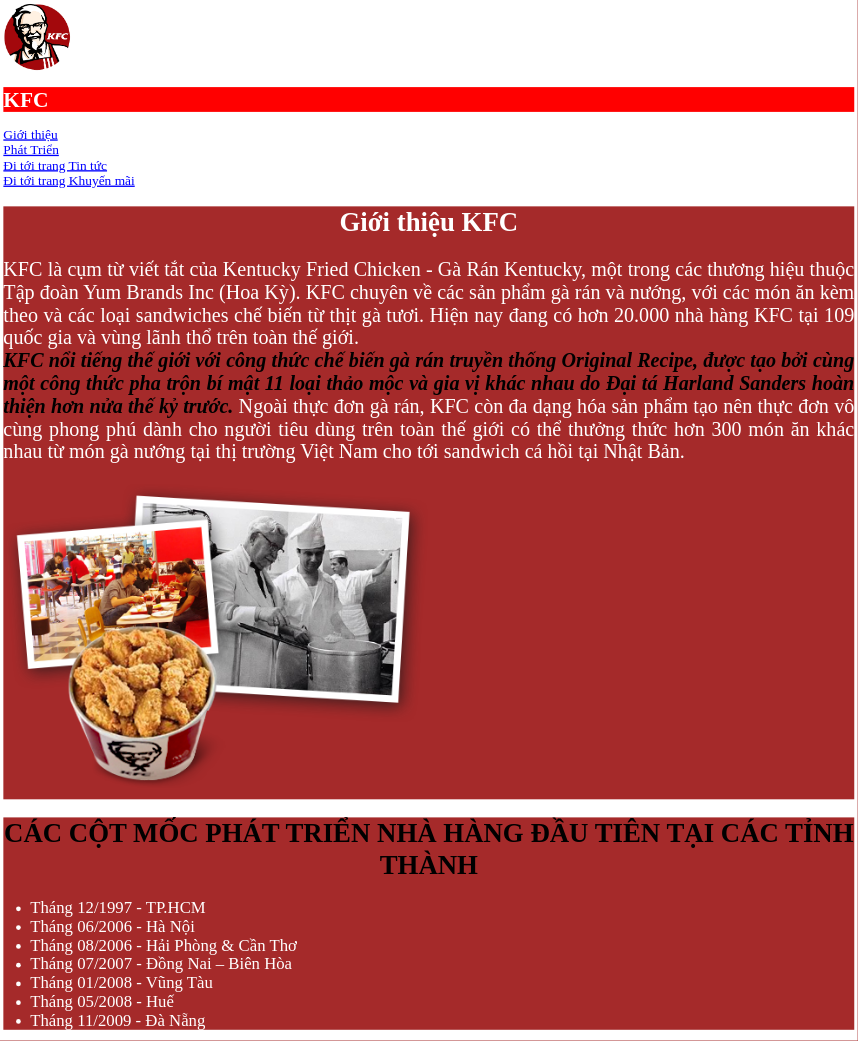
Repository: giahuy405/BC38__-BaiTapHTML_KFC__Pham_Gia_Huy
Page: index.html
These files come from the project's save history. The page is drawn as it stood at one moment and after the next save; the edit follows.
The browser window is 1280 px wide. The pictures show the whole page, at 67% of full size.

Above is the page before, as saved 2022-09-06 19:34:17.

### index.html
<!DOCTYPE html>
<html lang="en">
<head>
    <meta charset="UTF-8">
    <meta http-equiv="X-UA-Compatible" content="IE=edge">
    <meta name="viewport" content="width=device-width, initial-scale=1.0">
    <title>Document</title>
    <link rel="stylesheet" href="./css/index.css">
</head>
<body>
    <header>
        <img src="./img/logo.png" alt="">
        <h1>KFC</h1>
    </header>
    <nav>
        <ul>
            <li><a href="#">Giới thiệu</a></li>
            <li><a href="#">Phát Triển</a></li>
            <li><a href="#">Đi tới trang Tin tức</a></li>
            <li><a href="#">Đi tới trang Khuyến mãi</a></li>
        </ul>
    </nav>
    <div class="introduce-KFC">
        <h1>Giới thiệu KFC</h1>

        <p>KFC là cụm từ viết tắt của Kentucky Fried Chicken - Gà Rán Kentucky, một trong các thương hiệu thuộc Tập đoàn Yum Brands Inc (Hoa Kỳ). KFC chuyên về các sản phẩm gà rán và nướng, với các món ăn kèm theo và các loại sandwiches chế biến từ thịt gà tươi. Hiện nay đang có hơn 20.000 nhà hàng KFC tại 109 quốc gia và vùng lãnh thổ trên toàn thế giới.
        <br>
            <span><i style="color:black;"><b>KFC nổi tiếng thế giới với công thức chế biến gà rán truyền thống Original Recipe, được tạo bởi cùng một công thức pha trộn bí mật 11 loại thảo mộc và gia vị khác nhau do Đại tá Harland Sanders hoàn thiện hơn nửa thế kỷ trước.</b></i></span> Ngoài thực đơn gà rán, KFC còn đa dạng hóa sản phẩm tạo nên thực đơn vô cùng phong phú dành cho người tiêu dùng trên toàn thế giới có thể thưởng thức hơn 300 món ăn khác nhau từ món gà nướng tại thị trường Việt Nam cho tới sandwich cá hồi tại Nhật Bản.
        </p>
        <img style="width:50%" src="./img/about-pic-1.png" alt="">
    </div>

    <div class="branch-KFC">
        <h1>CÁC CỘT MỐC PHÁT TRIỂN NHÀ HÀNG ĐẦU TIÊN TẠI CÁC TỈNH THÀNH</h1>

        <ul>
            <li>Tháng 12/1997 - TP.HCM</li>
            <li>Tháng 06/2006 - Hà Nội</li>
            <li>Tháng 08/2006 - Hải Phòng & Cần Thơ</li>
            <li>Tháng 07/2007 - Đồng Nai – Biên Hòa</li>
            <li>Tháng 01/2008 - Vũng Tàu</li>
            <li>Tháng 05/2008 - Huế</li>
            <li>Tháng 11/2009 - Đà Nẵng</li>
        </ul>

    </div>
</body>
</html>

### css/index.css
*{
    box-sizing: border-box;
}
body{
    padding: 0;
    margin: 5px;
}
header img{
    width: 100px;
}
header h1{
    background-color: red;
    color: white;
}
nav ul{
    list-style: none;
    padding: 0;
}
nav ul li a{
    font-size: 20px;
    color: blue;
}
.introduce-KFC{
    background-color: #a52a2a;
}
.introduce-KFC h1{
    text-align:center ;
    font-size: 40px;
    color: white;
}
.introduce-KFC p{
    font-size: 30px;
    color: white;
    text-align: justify;
}
.branch-KFC{
    background-color: #a52a2a;
}
.branch-KFC h1{
    font-size: 40px;
    text-align: center;
}
.branch-KFC ul li{
    font-size: 25px;
    color: white;
}

After the next save:
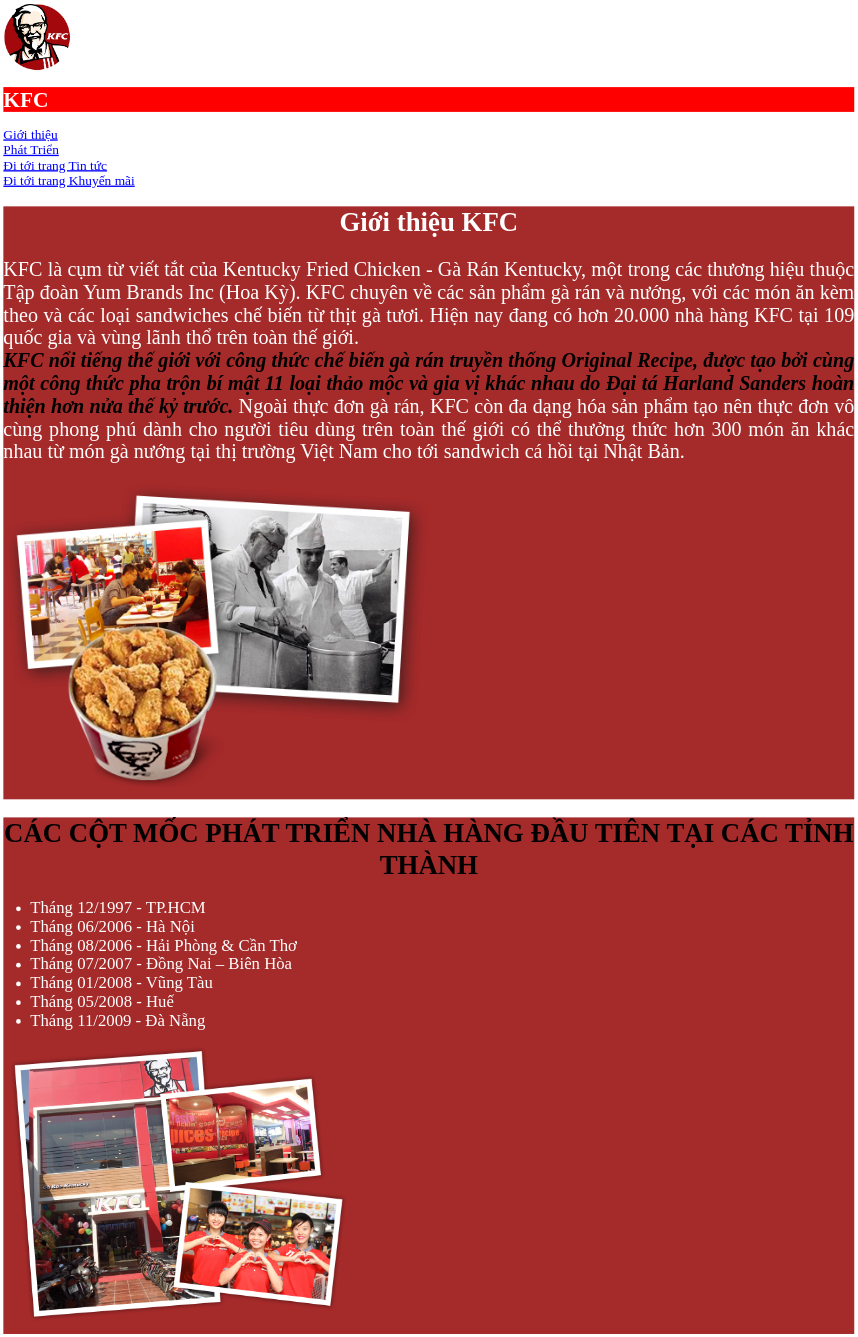
Saved 14 s later.
--- a/index.html
+++ b/index.html
@@ -42,6 +42,7 @@
             <li>Tháng 05/2008 - Huế</li>
             <li>Tháng 11/2009 - Đà Nẵng</li>
         </ul>
+        <img src="./img/about-pic-3.png" alt="">
 
     </div>
 </body>
